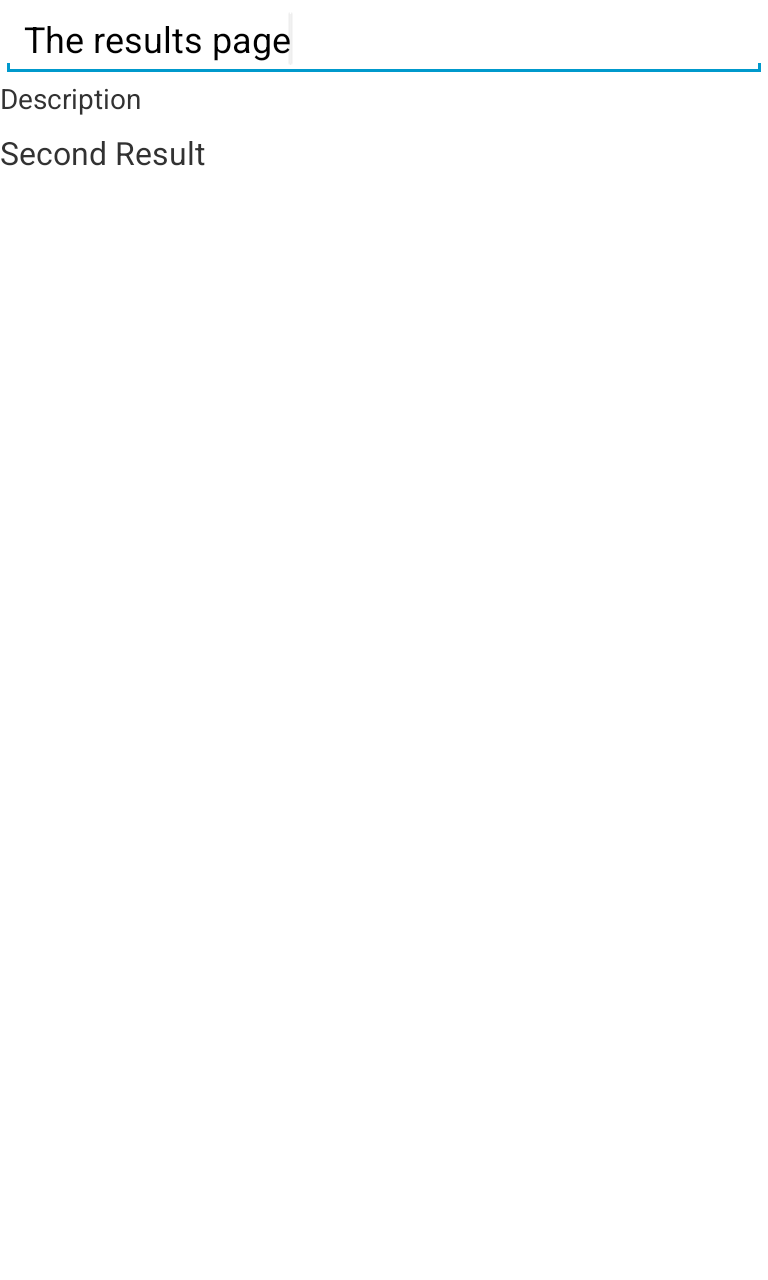
Repository: vmathur/mchacks
Layout: mobile/DealMe/res/layout/result_page.xml
These files come from the project's save history. The layout is drawn as it stood at one moment and after the next save; the edit follows.
It is drawn on a 768 x 1280 px phone screen (xhdpi) without system bars, with theme AppTheme; the app's code is not run.

Above is the layout before, as saved 2014-02-23 06:45:19.

After the next save:
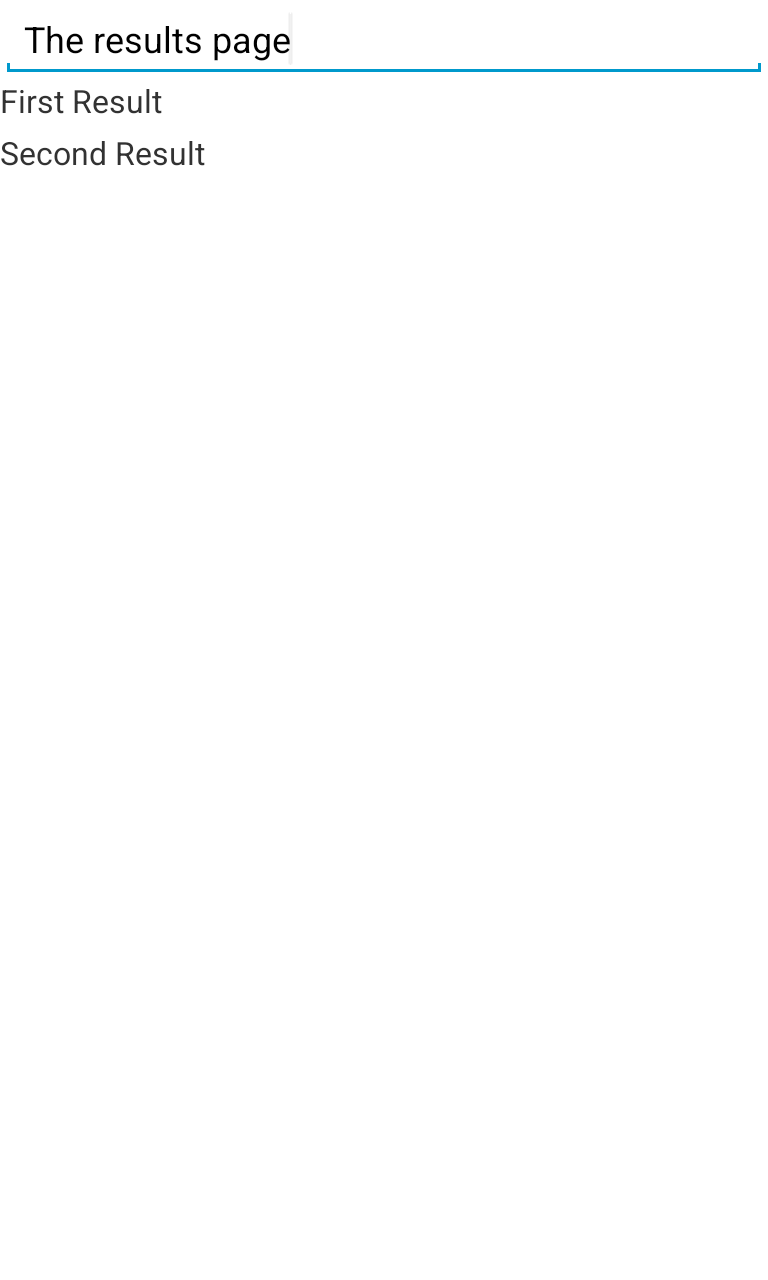
Saved 12 s later.
--- a/mobile/DealMe/res/layout/result_page.xml
+++ b/mobile/DealMe/res/layout/result_page.xml
@@ -24,8 +24,8 @@
         android:layout_alignParentRight="true"
         android:ellipsize="marquee"
         android:singleLine="true"
-        android:text="Description"
-        android:textSize="First Result" />
+        android:text="First Result"
+        android:textSize="16sp" />
 
     <TextView
         android:layout_width="fill_parent"
